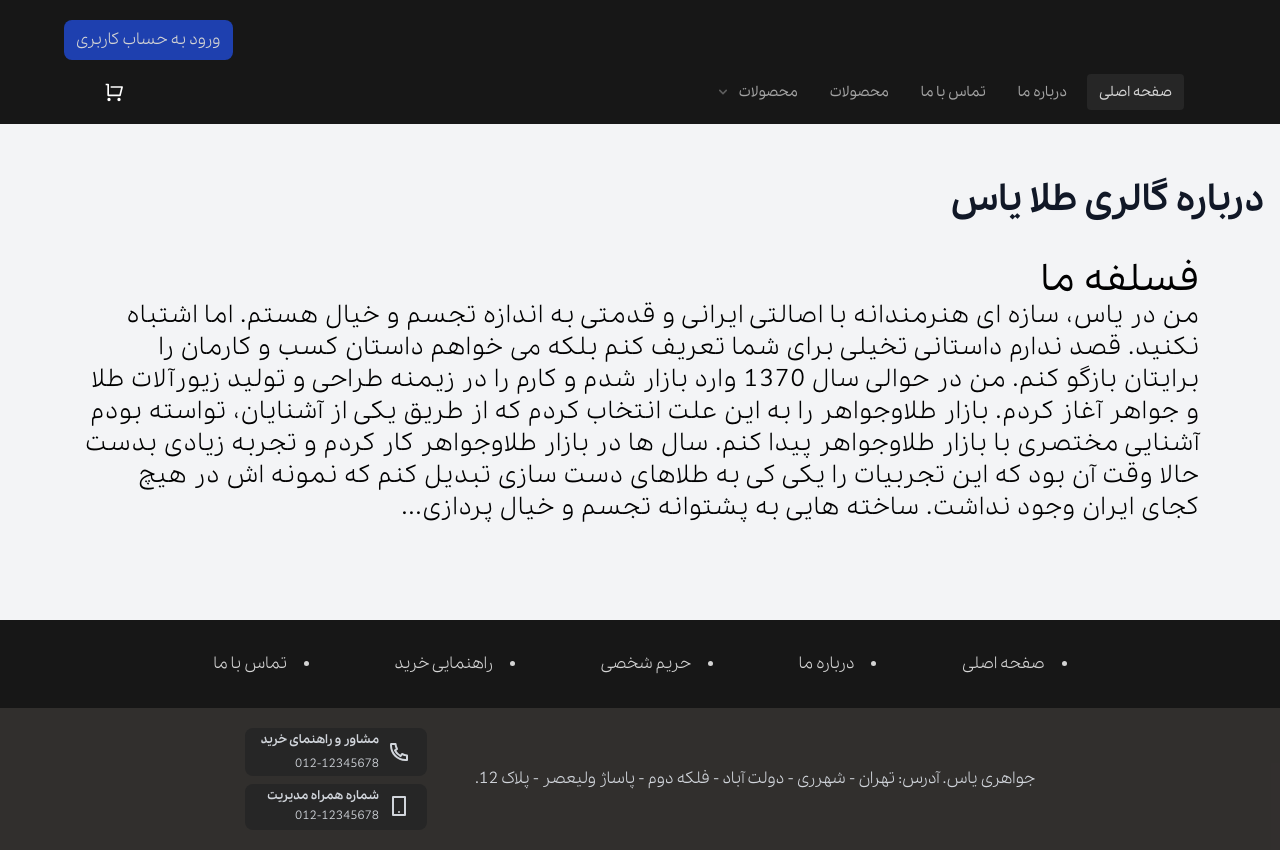
Repository: aliakbarmotallebi/yasgoldgallery-ui
Page: /about
An editor plug-in stored every save of this project. The page is shown before and after the next save, followed by the edit.
The browser window is 1280 px wide. The pictures show the whole page.
The project was rebuilt for these pictures with package versions that can differ from the ones it lists, and the page was loaded fresh each time. Also part of the build but not shown: src/components/Brands.jsx, src/components/GridImages.js, src/components/SpecialComments.jsx, src/components/CardProduct.jsx, src/components/SpecialProducts.jsx, src/components/SuggestedProducts.jsx, src/pages/HomePage.jsx, src/pages/NotFound.jsx and 4 more.

Above is the page before, as saved 2023-01-16 12:13:52.

### public/index.html
<!DOCTYPE html>
<html lang="en" dir="rtl">
  <head>
    <meta charset="utf-8" />
    <link rel="icon" href="%PUBLIC_URL%/favicon.ico" />
    <meta name="viewport" content="width=device-width, initial-scale=1" />
    <meta name="theme-color" content="#000000" />
    <meta
      name="description"
      content="Web site created using create-react-app"
    />
    <link rel="apple-touch-icon" href="%PUBLIC_URL%/logo192.png" />
    <!--
      manifest.json provides metadata used when your web app is installed on a
      user's mobile device or desktop. See https://developers.google.com/web/fundamentals/web-app-manifest/
    -->
    <link rel="manifest" href="%PUBLIC_URL%/manifest.json" />
    <!--
      Notice the use of %PUBLIC_URL% in the tags above.
      It will be replaced with the URL of the `public` folder during the build.
      Only files inside the `public` folder can be referenced from the HTML.

      Unlike "/favicon.ico" or "favicon.ico", "%PUBLIC_URL%/favicon.ico" will
      work correctly both with client-side routing and a non-root public URL.
      Learn how to configure a non-root public URL by running `npm run build`.
    -->
    <title>گالری یاس</title>
  </head>
  <body>
    <noscript>You need to enable JavaScript to run this app.</noscript>
    <div id="root"></div>
    <!--
      This HTML file is a template.
      If you open it directly in the browser, you will see an empty page.

      You can add webfonts, meta tags, or analytics to this file.
      The build step will place the bundled scripts into the <body> tag.

      To begin the development, run `npm start` or `yarn start`.
      To create a production bundle, use `npm run build` or `yarn build`.
    -->
  </body>
</html>

### src/index.js
import React from 'react';
import ReactDOM from 'react-dom/client';
import './assets/styles/index.css';
import App from './App';

const root = ReactDOM.createRoot(document.getElementById('root'));
root.render(
  <React.StrictMode>
    <App />
  </React.StrictMode>
);

### src/assets/styles/index.css
@import "./fonts.css";
@tailwind base;
@tailwind components;
@tailwind utilities;


@layer base {
    body {
        @apply font-pelak;
    }
}

### src/App.js
import RouterFunction from "./Router";

function App() {
    //cart
    return (
        <RouterFunction />
    );
}
export default App;

### src/assets/styles/fonts.css
@font-face {
    /* Pelak Thin */
    font-family: "Pelak";
    font-style: normal;
    font-weight: 100;

    src:url('../fonts/pelak/eot/Pelak-Thin.eot'); /* IE9 Compat Modes */
    src:url('../fonts/pelak/eot/Pelak-Thin.eot?#iefix') format('embedded-opentype'), /* IE6-IE8 */
    url('../fonts/pelak/woff2/Pelak-Thin.woff2') format('woff2'), /* Super Modern Browsers */
    url('../fonts/pelak/woff/Pelak-Thin.woff') format('woff'), /* Pretty Modern Browsers */
    url('../fonts/pelak/ttf/Pelak-Thin.ttf') format('truetype'), /* Safari, Android, iOS */
    url('../fonts/pelak/otf/Pelak-Thin.otf') format('opentype');
}

@font-face {
    /* Pelak Light */
    font-family: "Pelak";
    font-style: normal;
    font-weight: 200;

    src:url('../fonts/pelak/eot/Pelak-light.eot');
    src:url('../fonts/pelak/eot/Pelak-light.eot') format('embedded-opentype'),
    url('../fonts/pelak/woff2/Pelak-light.woff2') format('woff2'),
    url('../fonts/pelak/woff/Pelak-light.woff') format('woff'),
    url('../fonts/pelak/ttf/Pelak-light.ttf') format('truetype'),
    url('../fonts/pelak/otf/Pelak-light.otf') format('opentype');
}

@font-face {
    /* Pelak Regular */
    font-family: "Pelak";
    font-style: normal;
    font-weight: 400;

    src:url('../fonts/pelak/eot/Pelak-Regular.eot');
    src:url('../fonts/pelak/eot/Pelak-Regular.eot') format('embedded-opentype'),
    url('../fonts/pelak/woff2/Pelak-Regular.woff2') format('woff2'),
    url('../fonts/pelak/woff/Pelak-Regular.woff') format('woff'),
    url('../fonts/pelak/ttf/Pelak-Regular.ttf') format('truetype'),
    url('../fonts/pelak/otf/Pelak-Regular.otf') format('opentype');
}

@font-face {
    /* Pelak Medium */
    font-family: "Pelak";
    font-style: normal;
    font-weight: 500;

    src:url('../fonts/pelak/eot/Pelak-Medium.eot');
    src:url('../fonts/pelak/eot/Pelak-Medium.eot') format('embedded-opentype'),
    url('../fonts/pelak/woff2/Pelak-Medium.woff2') format('woff2'),
    url('../fonts/pelak/woff/Pelak-Medium.woff') format('woff'),
    url('../fonts/pelak/ttf/Pelak-Medium.ttf') format('truetype'),
    url('../fonts/pelak/otf/Pelak-Medium.otf') format('opentype');
}

@font-face {
    /* Pelak Semi-Bold */
    font-family: "Pelak";
    font-style: normal;
    font-weight: 600;

    src:url('../fonts/pelak/eot/Pelak-SemiBold.eot');
    src:url('../fonts/pelak/eot/Pelak-SemiBold.eot') format('embedded-opentype'),
    url('../fonts/pelak/woff2/Pelak-SemiBold.woff2') format('woff2'),
    url('../fonts/pelak/woff/Pelak-SemiBold.woff') format('woff'),
    url('../fonts/pelak/ttf/Pelak-SemiBold.ttf') format('truetype'),
    url('../fonts/pelak/otf/Pelak-SemiBold.otf') format('opentype');
}

@font-face {
    /* Pelak Bold */
    font-family: "Pelak";
    font-style: normal;
    font-weight: 700;

    src:url('../fonts/pelak/eot/Pelak-Bold.eot');
    src:url('../fonts/pelak/eot/Pelak-Bold.eot') format('embedded-opentype'),
    url('../fonts/pelak/woff2/Pelak-Bold.woff2') format('woff2'),
    url('../fonts/pelak/woff/Pelak-Bold.woff') format('woff'),
    url('../fonts/pelak/ttf/Pelak-Bold.ttf') format('truetype'),
    url('../fonts/pelak/otf/Pelak-Bold.otf') format('opentype');
}

@font-face {
    /* Pelak Extra-Bold */
    font-family: "Pelak";
    font-style: normal;
    font-weight: 800;

    src:url('../fonts/pelak/eot/Pelak-ExtraBold.eot');
    src:url('../fonts/pelak/eot/Pelak-ExtraBold.eot') format('embedded-opentype'),
    url('../fonts/pelak/woff2/Pelak-ExtraBold.woff2') format('woff2'),
    url('../fonts/pelak/woff/Pelak-ExtraBold.woff') format('woff'),
    url('../fonts/pelak/ttf/Pelak-ExtraBold.ttf') format('truetype'),
    url('../fonts/pelak/otf/Pelak-ExtraBold.otf') format('opentype');
}

@font-face {
    /* Pelak Black */
    font-family: "Pelak";
    font-style: normal;
    font-weight: 900;

    src:url('../fonts/pelak/eot/Pelak-Black.eot');
    src:url('../fonts/pelak/eot/Pelak-Black.eot') format('embedded-opentype'),
    url('../fonts/pelak/woff2/Pelak-Black.woff2') format('woff2'),
    url('../fonts/pelak/woff/Pelak-Black.woff') format('woff'),
    url('../fonts/pelak/ttf/Pelak-Black.ttf') format('truetype'),
    url('../fonts/pelak/otf/Pelak-Black.otf') format('opentype');
}

### src/Router.js
import { BrowserRouter, Route, Routes } from "react-router-dom";
import Layout from "./components/Layout";
import AboutPage from "./pages/AboutPage";
import HomePage from "./pages/HomePage";
import NotFound from "./pages/NotFound";
import ListProductsPage from "./pages/ListProductsPage";
import ProductPage from "./pages/ProductPage";

function RouterFunction() {
    return (
      <Layout>
        <BrowserRouter>
            <Routes>
                <Route exact path="/" element={<HomePage />} />
                <Route path="about" element={<AboutPage />} />
                <Route path="products" element={<ListProductsPage />} />
                <Route path="product" element={<ProductPage />} />
                <Route path="*" element={<NotFound />} />
            </Routes>
        </BrowserRouter>
      </Layout>
    );
  }

  export default RouterFunction;

### src/components/Layout.jsx
import Footer from "./Footer";
import Header from "./Header";

const Layout = ({children}) => {
    return (
        <>
            <div
                className="flex flex-col mx-auto w-full min-h-screen bg-[#4d4845] text-neutral-300">
                <Header />
                <main className="flex-grow">
                    {children}
                </main>
                <Footer />
            </div>
        </>
    );
}
export default Layout;

### src/pages/AboutPage.jsx
const AboutPage = () => {
    return (
        <>
            <div className="bg-gray-100 px-4 xl:px-4 py-14">
                <div className="mx-auto container">
                     <h2 className="text-4xl font-bold text-gray-900">
                         درباره گالری طلا یاس
                     </h2>
                </div>

                <div className="text-2xl text-black tracking-wider px-16 py-10">
                    <h3 className="font-medium text-4xl">
                        فسلفه ما
                    </h3>

                    من در یاس، سازه ای هنرمندانه با اصالتی ایرانی و قدمتی به اندازه تجسم و خیال هستم. اما اشتباه نکنید.
                    قصد ندارم داستانی تخیلی برای شما تعریف کنم بلکه می خواهم داستان کسب و کارمان را برایتان بازگو کنم.
                     من در حوالی سال 1370 وارد بازار شدم و کارم را در زیمنه طراحی و تولید زیورآلات طلا و جواهر آغاز کردم.
                     بازار طلاوجواهر را به این علت انتخاب کردم که از طریق یکی از آشنایان، تواسته بودم آشنایی مختصری با بازار طلاوجواهر پیدا کنم.
                     سال ها در بازار طلاوجواهر کار کردم و تجربه زیادی بدست
                     حالا وقت آن بود که این تجربیات را یکی کی به طلاهای دست سازی تبدیل کنم که نمونه اش در هیچ کجای ایران وجود نداشت.
                     ساخته هایی به پشتوانه تجسم و خیال پردازی...

                </div>
            </div>
        </>
    );
}

export default AboutPage;

### src/components/Footer.jsx
const Footer = () => {
    return (
        <>
            <footer>
                <div className="bg-neutral-900">
                    <div className="md:w-10/12 lg:w-8/12 m-auto py-8">
                        <ul class="flex flex-wrap items-center justify-between md:flex-nowrap list-disc list-inside">
                            <li>
                                <a href="#" class="hover:text-sky-400 transition whitespace-nowrap">صفحه اصلی</a>
                            </li>
                            <li>
                                <a href="#" class="hover:text-sky-400 transition whitespace-nowrap">
                                    درباره ما
                                </a>
                            </li>
                            <li>
                                <a href="#" class="hover:text-sky-400 transition whitespace-nowrap">
                                    حریم شخصی
                                </a>
                            </li>
                            <li>
                                <a href="#" class="hover:text-sky-400 transition whitespace-nowrap">
                                    راهنمایی خرید
                                </a>
                            </li>
                            <li>
                                <a href="#" class="hover:text-sky-400 transition whitespace-nowrap">تماس با ما</a>
                            </li>
                        </ul>
                    </div>
                </div>

                <div className="bg-neutral-900/50">
                    <div>
                        <div class="flex flex-wrap items-center justify-between md:flex-nowrap">
                            <div class="w-full space-x-12 items-center space-x-reverse flex justify-center text-gray-300 py-5">
                                <div>
                                    جواهری یاس. آدرس: تهران - شهرری - دولت آباد - فلکه دوم - پاساژ ولیعصر - پلاک 12.
                                </div>

                                <ul role="list" class="space-y-2">
                                    <li className="bg-neutral-800 rounded-lg px-4 py-1">
                                        <div className="inline-flex items-center space-x-2 space-x-reverse">
                                            <svg xmlns="http://www.w3.org/2000/svg" class="fill-current" viewBox="0 0 24 24" width="24" height="24"><path fill="none" d="M0 0h24v24H0z" /><path d="M9.366 10.682a10.556 10.556 0 0 0 3.952 3.952l.884-1.238a1 1 0 0 1 1.294-.296 11.422 11.422 0 0 0 4.583 1.364 1 1 0 0 1 .921.997v4.462a1 1 0 0 1-.898.995c-.53.055-1.064.082-1.602.082C9.94 21 3 14.06 3 5.5c0-.538.027-1.072.082-1.602A1 1 0 0 1 4.077 3h4.462a1 1 0 0 1 .997.921A11.422 11.422 0 0 0 10.9 8.504a1 1 0 0 1-.296 1.294l-1.238.884zm-2.522-.657l1.9-1.357A13.41 13.41 0 0 1 7.647 5H5.01c-.006.166-.009.333-.009.5C5 12.956 11.044 19 18.5 19c.167 0 .334-.003.5-.01v-2.637a13.41 13.41 0 0 1-3.668-1.097l-1.357 1.9a12.442 12.442 0 0 1-1.588-.75l-.058-.033a12.556 12.556 0 0 1-4.702-4.702l-.033-.058a12.442 12.442 0 0 1-.75-1.588z" /></svg>
                                            <div className="text-xs text-white-200">
                                                <div className="font-bold mb-2">
                                                    مشاور و راهنمای خرید
                                                </div>
                                                012-12345678
                                            </div>
                                        </div>
                                    </li>
                                    <li className="bg-neutral-800 rounded-lg px-4 py-1">
                                        <div className="inline-flex items-center space-x-2 space-x-reverse">
                                            <svg xmlns="http://www.w3.org/2000/svg" class="fill-current" viewBox="0 0 24 24" width="24" height="24"><path fill="none" d="M0 0h24v24H0z" /><path d="M7 4v16h10V4H7zM6 2h12a1 1 0 0 1 1 1v18a1 1 0 0 1-1 1H6a1 1 0 0 1-1-1V3a1 1 0 0 1 1-1zm6 15a1 1 0 1 1 0 2 1 1 0 0 1 0-2z" /></svg>
                                            <div className="text-xs text-white-200">
                                                <div className="font-bold mb-1">
                                                    شماره همراه مدیریت
                                                </div>
                                                012-12345678
                                            </div>
                                        </div>
                                    </li>
                                </ul>
                            </div>
                        </div>
                    </div>
                </div>

            </footer>
        </>
        );
    };
export default Footer;

### src/components/Header.jsx
import React, { useState } from "react";
import { Link } from "react-router-dom";
import Modal from "./Modal";

const Header = ({ children }) => {
  const [showModal, setShowModal] = useState(false);

  const openModal = () => {
    setShowModal((prev) => !prev);
  };

  return (
    <>
      <div className="bg-neutral-900 w-full">
        <div className="flex justify-between container xl:max-w-6xl mx-auto pt-5 flex-none items-center">
          <div className="w-8 h-5"></div>

          <div>
            <button
              onClick={openModal}
              className="inline-flex rounded-lg bg-blue-800 px-3 py-2"
            >
              ورود به حساب کاربری
            </button>
            <Modal
              showModal={showModal}
              setShowModal={setShowModal}
              title="ورود به حساب کاربری"
            >
              <div class="px-8 py-5 text-right text-gray-900">
              <div class="flex justify-center">

              <svg xmlns="http://www.w3.org/2000/svg" class="w-20 h-20 fill-blue-600" viewBox="0 0 24 24" width="24" height="24"><path fill="none" d="M0 0h24v24H0z"/><path d="M10 11V8l5 4-5 4v-3H1v-2h9zm-7.542 4h2.124A8.003 8.003 0 0 0 20 12 8 8 0 0 0 4.582 9H2.458C3.732 4.943 7.522 2 12 2c5.523 0 10 4.477 10 10s-4.477 10-10 10c-4.478 0-8.268-2.943-9.542-7z"/></svg>

        </div>
                <h3 class="text-2xl font-bold text-center">
                ورود به حساب کاربری
                </h3>

                <div class="mt-4">
                  <div>
                    <label class="block" for="email">
                      نام کاربری
                    </label>
                    <input
                      type="text"
                      class="w-full px-4 py-2 mt-2 border rounded-md focus:outline-none focus:ring-1 focus:ring-blue-600"
                    />
                  </div>
                  <div class="mt-4">
                    <label class="block">
                      گذرواژه
                    </label>
                    <input
                      type="password"
                      class="w-full px-4 py-2 mt-2 border rounded-md focus:outline-none focus:ring-1 focus:ring-blue-600"
                    />
                  </div>
                  <div class="flex items-baseline justify-between">
                    <button class="px-6 py-2 mt-4 text-white bg-blue-600 rounded-lg hover:bg-blue-900">
                      ورود به حساب
                    </button>
                    <button onClick={openModal} class="text-sm text-gray-700 underline">
                      انصراف
                    </button>
                  </div>
                </div>
              </div>
            </Modal>
          </div>
        </div>
        <header className="flex flex-none items-center h-16 bg-neutral-900 shadow-sm top-0 right-0 left-0 z-30">
          <div className="flex justify-between container xl:max-w-6xl mx-auto px-4 lg:px-8">
            <div class="flex items-center space-x-2 space-x-reverse">
              <nav className="hidden lg:flex lg:items-center lg:space-x-2 text-sm lg:space-x-reverse">
                <a
                  href="/"
                  className="font-medium flex items-center space-x-2 px-3 py-2 rounded text-neutral-300 bg-neutral-800"
                >
                  صفحه اصلی
                </a>
                <a
                  href="/about"
                  className="font-medium flex items-center space-x-2 px-3 py-2 rounded text-neutral-400 hover:text-neutral-300 hover:bg-neutral-800"
                >
                  درباره ما
                </a>
                <a
                  href="javascript:void(0)"
                  className="font-medium flex items-center space-x-2 px-3 py-2 rounded text-neutral-400 hover:text-neutral-300 hover:bg-neutral-800"
                >
                  تماس با ما
                </a>
                <a
                  href="/products"
                  className="font-medium flex items-center space-x-2 px-3 py-2 rounded text-neutral-400 hover:text-neutral-300 hover:bg-neutral-800"
                >
                  محصولات
                </a>
                <button
                  type="button"
                  class="text-sm font-medium inline-flex justify-center items-center space-x-2 space-x-reverse px-3 py-2 rounded text-neutral-400 hover:text-neutral-300 hover:bg-neutral-800 focus:outline-none focus:ring"
                  id="tk-dropdown-layouts-user"
                >
                  <span>محصولات</span>
                  <svg
                    class="hi-solid hi-chevron-down inline-block w-4 h-4 opacity-50"
                    fill="currentColor"
                    viewBox="0 0 20 20"
                    xmlns="http://www.w3.org/2000/svg"
                  >
                    <path
                      fill-rule="evenodd"
                      d="M5.293 7.293a1 1 0 011.414 0L10 10.586l3.293-3.293a1 1 0 111.414 1.414l-4 4a1 1 0 01-1.414 0l-4-4a1 1 0 010-1.414z"
                      clip-rule="evenodd"
                    ></path>
                  </svg>
                </button>
              </nav>
            </div>

            <div>
              <div class="relative inline-block">
                <button class="py-2 rounded px-2 hover:bg-white/20 transition duration-200 text-white">
                  <svg
                    xmlns="http://www.w3.org/2000/svg"
                    class="w-5 h-5 fill-current"
                    viewBox="0 0 24 24"
                    width="24"
                    height="24"
                  >
                    <path fill="none" d="M0 0h24v24H0z" />
                    <path d="M4 16V4H2V2h3a1 1 0 0 1 1 1v12h12.438l2-8H8V5h13.72a1 1 0 0 1 .97 1.243l-2.5 10a1 1 0 0 1-.97.757H5a1 1 0 0 1-1-1zm2 7a2 2 0 1 1 0-4 2 2 0 0 1 0 4zm12 0a2 2 0 1 1 0-4 2 2 0 0 1 0 4z" />
                  </svg>
                </button>
              </div>
            </div>
          </div>
        </header>
      </div>
    </>
  );
};

export default Header;

### src/components/Modal.jsx
import React, { useRef, useEffect, useCallback } from "react";

const Modal = ({ title, showModal, setShowModal, children }) => {
  const keyPress = useCallback(
    (e) => {
      if (e.key === "Escape" && showModal) {
        setShowModal(false);
        console.log("I pressed");
      }
    },
    [setShowModal, showModal]
  );

  useEffect(() => {
    document.addEventListener("keydown", keyPress);
    return () => document.removeEventListener("keydown", keyPress);
  }, [keyPress]);

  return (
    <>
      {showModal ? (
        <div onClick={() => setShowModal(false) }className="fixed top-0 left-0 right-0 z-50 w-full p-4 overflow-x-hidden overflow-y-auto md:inset-0 h-modal md:h-full bg-black/90">
          <div className="flex justify-center items-center h-full">
            <div className="relative w-full h-full max-w-2xl md:h-auto">
              <div className="relative bg-white rounded-lg shadow dark:bg-gray-700">
                <div className="p-6 space-y-6">{children}</div>
              </div>
            </div>
          </div>
        </div>
      ) : null}
    </>
  );
};

export default Modal;

### tailwind.config.js
/** @type {import('tailwindcss').Config} */

module.exports = {
  content: [
    "./src/**/*.{js,jsx,ts,tsx}",
  ],
  theme: {
    extend: {
      fontFamily: {
        'pelak': ['Pelak'],
      }
    }
  },
  plugins: [],
}

After the next save:
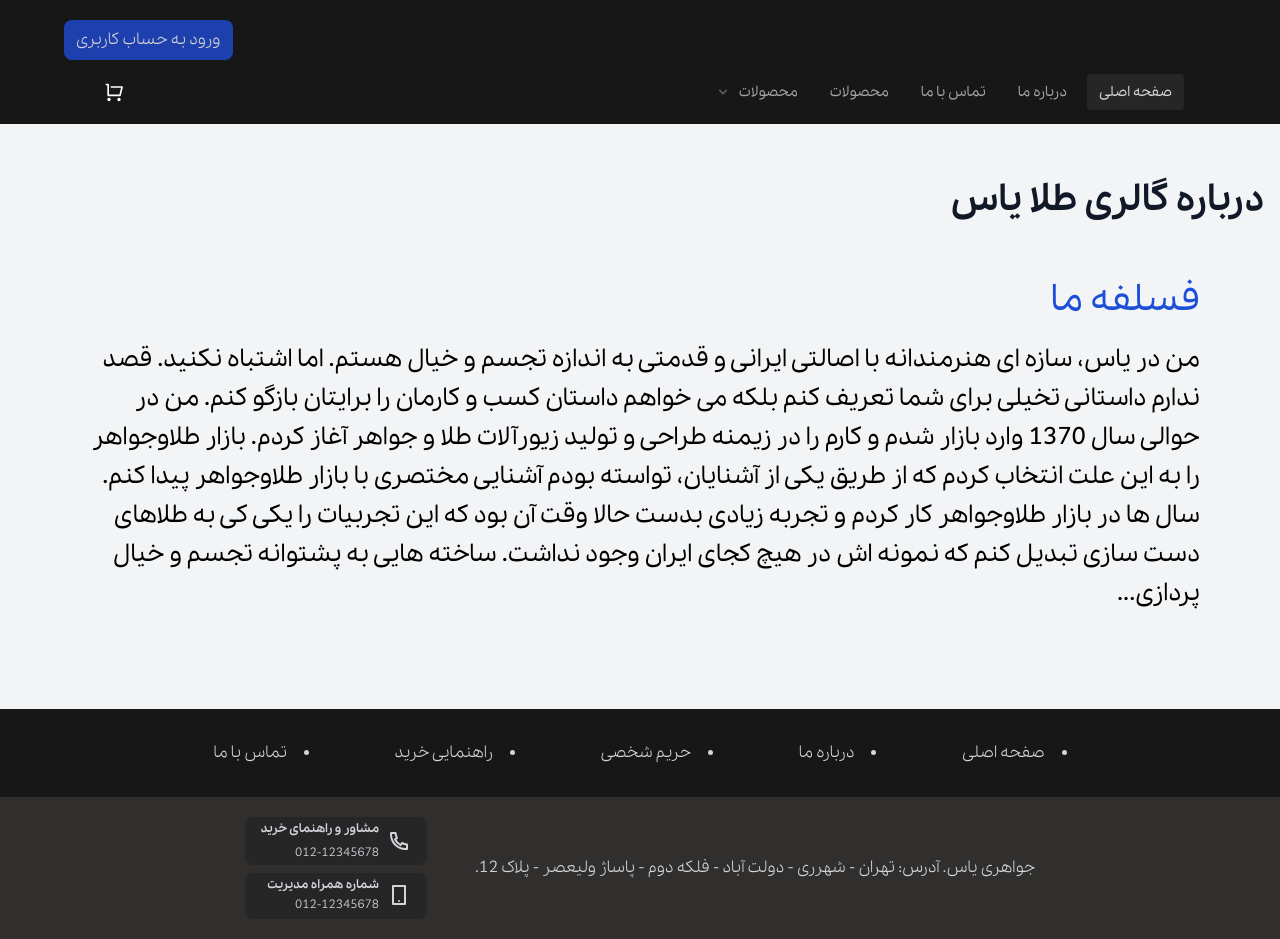
Saved 77 s later.
--- a/src/pages/AboutPage.jsx
+++ b/src/pages/AboutPage.jsx
@@ -8,8 +8,8 @@ const AboutPage = () => {
                      </h2>
                 </div>
 
-                <div className="text-2xl text-black tracking-wider px-16 py-10">
-                    <h3 className="font-medium text-4xl">
+                <div className="text-2xl text-black tracking-normal px-16 py-10 font-medium leading-relaxed">
+                    <h3 className="font-medium text-4xl py-5 text-blue-700">
                         فسلفه ما
                     </h3>
 
